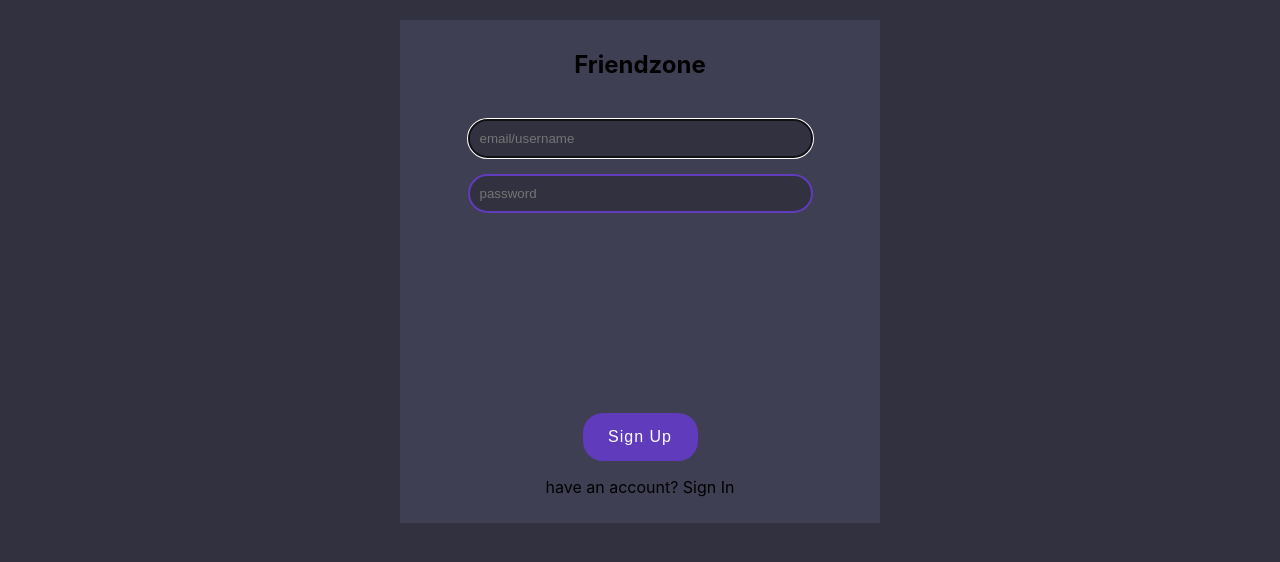
Repository: DerickT02/friend-zone
Page: /
An editor plug-in stored every save of this project. The page is shown before and after the next save, followed by the edit.
The browser window is 1280 px wide. The pictures show the whole page.
The project was rebuilt for these pictures with package versions that can differ from the ones it lists, and the page was loaded fresh each time. Also part of the build but not shown: src/Appreducer.js, src/GlobalState.js, src/Post.js, src/Homepage.js, src/fire.js.

Above is the page before, as saved 2021-07-07 08:02:51.

After the next save:
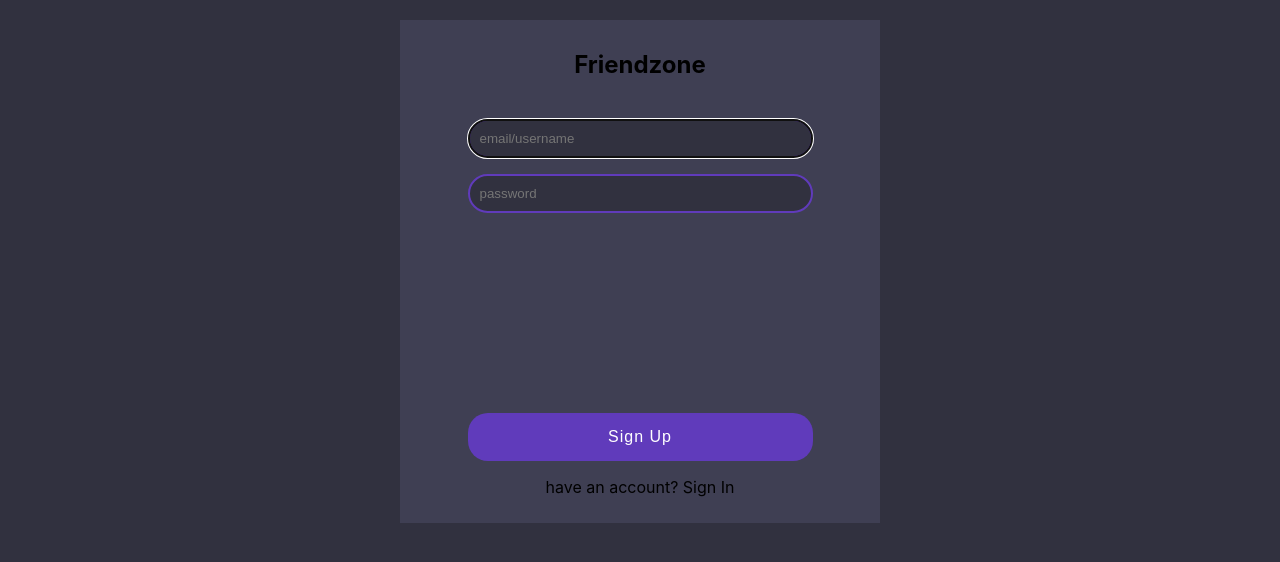
Saved 13 s later.
--- a/src/Login.css
+++ b/src/Login.css
@@ -37,7 +37,7 @@
   border: none;
   border-radius: 20px;
   outline: none;
-  width: 25%;
+  width: 75%;
   padding: 15px 0;
   color: #fff;
   font-size: 16px;
